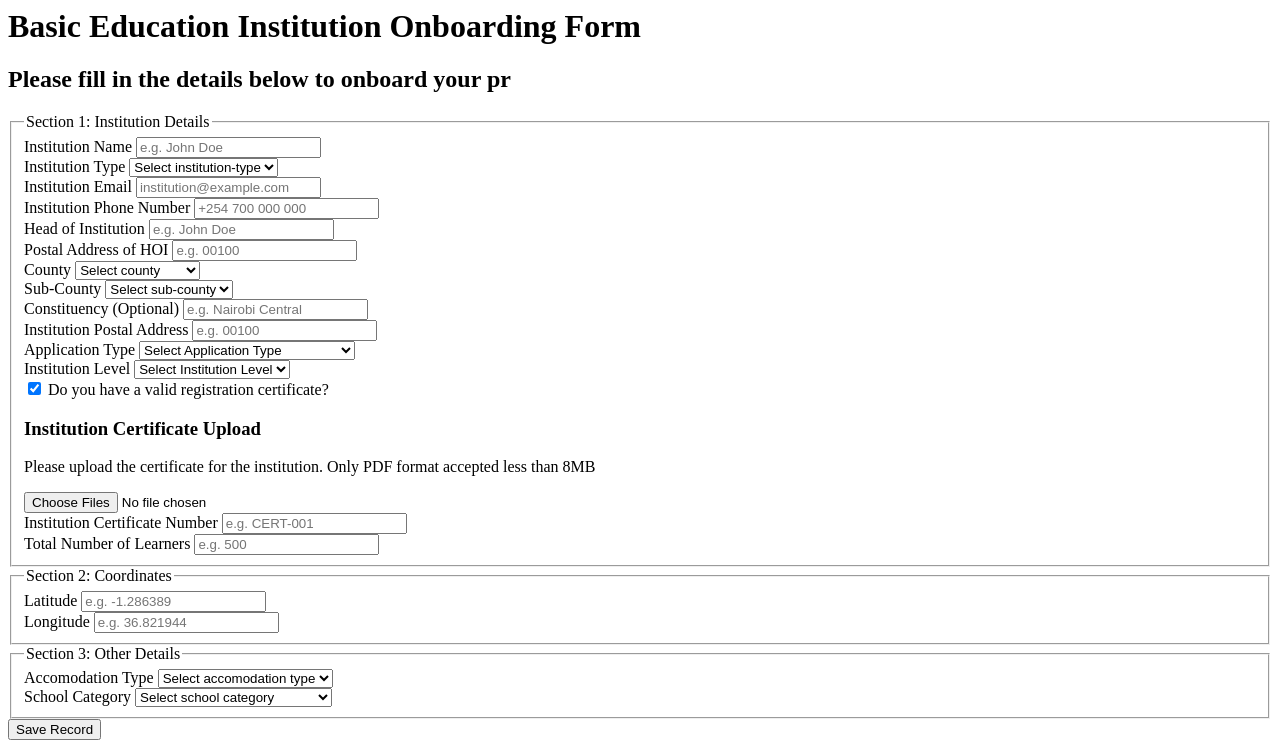
Repository: ndirituart/KEMIS
Page: angular-client/src/app/pages/basic-education/basic-education.html
An editor plug-in stored every save of this project. The page is shown before and after a run of saves, followed by the edit.
The browser window is 1280 px wide. The pictures show the whole page.

Above is the page before, as saved 2026-10-20 21:49:04.

### angular-client/src/app/pages/basic-education/basic-education.html
<div class="kemis-form-wrapper">
<form class="kemis-form" (ngSubmit)="onSubmit()" #myForm="ngForm">
<h1 class="text-center mb-4">Basic Education Institution Onboarding Form</h1>
<h2 class="text-center mb-4">Please fill in the details below to onboard your pr</h2>
  <!-- ========================================== -->
  <!-- Section 1: Institution Details                -->
  <!-- ========================================== -->
  <fieldset class="mb-4 p-3 border rounded">
    <legend class="float-none w-auto px-2 fs-5 fw-bold text-primary">Section 1: Institution Details</legend>

    <div class="row g-3">
      <!-- Institution Name -->
      <div class="col-md-6">
        <label for="fullName" class="form-label fw-semibold">Institution Name</label>
        <input type="text" class="form-control" id="fullName" name="fullName" placeholder="e.g. John Doe" required>
      </div>

      <!-- Type of School based on Gender -->
      <div class="col-md-6">
        <label for="institution-type" class="form-label fw-semibold">Institution Type</label>
        <select class="form-select" id="institution-type" name="institution-type" required>
          <option value="" disabled selected>Select institution-type</option>
          <option value="Boy's School">Boy's School</option>
          <option value="Girl's School">Girl's School</option>
          <option value="Mixed School">Mixed School</option>
        </select>
      </div>

      <!-- Institution Email -->
      <div class="col-md-6">
        <label for="emailId" class="form-label fw-semibold">Institution Email</label>
        <input type="email" class="form-control" id="emailId" name="emailId" placeholder="institution@example.com" required>
      </div>

      <!-- Institution Phone Number -->
      <div class="col-md-6">
        <label for="phoneNumber" class="form-label fw-semibold">Institution Phone Number</label>
        <input type="tel" class="form-control" id="phoneNumber" name="phoneNumber" placeholder="+254 700 000 000" required>
      </div>

      <!-- Head of Institution -->
      <div class="col-md-6">
        <label for="headOfInstitution" class="form-label fw-semibold">Head of Institution</label>
        <input type="text" class="form-control" id="headOfInstitution" name="headOfInstitution" placeholder="e.g. John Doe" required>
      </div>

      <!-- Postal Address of HOI -->
      <div class="col-md-6">
        <label for="postalAddressHoi" class="form-label fw-semibold">Postal Address of HOI</label>
        <input type="text" class="form-control" id="postalAddressHoi" name="postalAddressHoi" placeholder="e.g. 00100" required>
      </div>

      <!--County List-->
      <div class="col-md-6">
        <label for="county" class="form-label fw-semibold">County</label>
        <select class="form-select" id="county" name="county" required>
          <option value="" disabled selected>Select county</option>
      <option value="baringo">Baringo</option>
      <option value="bomet">Bomet</option>
      <option value="bungoma">Bungoma</option>
      <option value="busia">Busia</option>
      <option value="elgeyo marakwet">Elgeyo Marakwet</option>
      <option value="embu">Embu</option>
      <option value="garissa">Garissa</option>
      <option value="homa bay">Homa Bay</option>
      <option value="isiolo">Isiolo</option>
      <option value="kajiado">Kajiado</option>
      <option value="kakamega">Kakamega</option>
      <option value="kericho">Kericho</option>
      <option value="kiambu">Kiambu</option>
      <option value="kilifi">Kilifi</option>
      <option value="kirinyaga">Kirinyaga</option>
      <option value="kisii">Kisii</option>
      <option value="kisumu">Kisumu</option>
      <option value="kitui">Kitui</option>
      <option value="kwale">Kwale</option>
      <option value="laikipia">Laikipia</option>
      <option value="lamu">Lamu</option>
      <option value="machakos">Machakos</option>
      <option value="makueni">Makueni</option>
      <option value="mandera">Mandera</option>
      <option value="meru">Meru</option>
      <option value="migori">Migori</option>
      <option value="marsabit">Marsabit</option>
      <option value="mombasa">Mombasa</option>
      <option value="muranga">Muranga</option>
      <option value="nairobi">Nairobi</option>
      <option value="nakuru">Nakuru</option>
      <option value="nandi">Nandi</option>
      <option value="narok">Narok</option>
      <option value="nyamira">Nyamira</option>
      <option value="nyandarua">Nyandarua</option>
      <option value="nyeri">Nyeri</option>
      <option value="samburu">Samburu</option>
      <option value="siaya">Siaya</option>
      <option value="taita taveta">Taita Taveta</option>
      <option value="tana river">Tana River</option>
      <option value="tharaka nithi">Tharaka Nithi</option>
      <option value="trans nzoia">Trans Nzoia</option>
      <option value="turkana">Turkana</option>
      <option value="uasin gishu">Uasin Gishu</option>
      <option value="vihiga">Vihiga</option>
      <option value="wajir">Wajir</option>
      <option value="pokot">West Pokot</option>
  </select>
      </div>

      <!--TO-DO: Nestsed array for Sub-County List dependent on county chosen-->
      <div class="col-md-6">
        <label for="subCounty" class="form-label fw-semibold">Sub-County</label>
        <select class="form-select" id="subCounty" name="subCounty" required>
          <option value="" disabled selected>Select sub-county</option>
        </select>
      </div>

      <!--Constituency Name OPTIONAL-->
      <div class="col-md-6">
        <label for="constituency" class="form-label fw-semibold">Constituency (Optional)</label>
        <input type="text" class="form-control" id="constituency" name="constituency" placeholder="e.g. Nairobi Central">
      </div>

      <!--Institution Postal Address-->
      <div class="col-md-6">
        <label for="postalAddressInstitution" class="form-label fw-semibold">Institution Postal Address</label>
        <input type="text" class="form-control" id="postalAddressInstitution" name="postalAddressInstitution" placeholder="e.g. 00100" required>
      </div>

       <!-- Application Type -->
      <div class="col-md-6">
        <label for="application-type" class="form-label fw-semibold">Application Type</label>
        <select class="form-select" id="application-type" name="application-type" required>
          <option value="" disabled selected>Select Application Type</option>
          <option value="Regular School">Regular School</option>
          <option value="Regular School with Special Unit">Regular School with Special Unit</option>
          <option value="Special School">Special School</option>
        </select>
      </div>

       <!-- Institution Level -->
      <div class="col-md-6">
        <label for="institution-level" class="form-label fw-semibold">Institution Level</label>
        <select class="form-select" id="institution-level" name="institution-level" required>
          <option value="" disabled selected>Select Institution Level</option>
          <option value="Pre-Primary">Pre-Primary</option>
          <option value="Primary">Primary</option>
          <option value="Secondary">Secondary</option>
          <option value="High School">High School</option>
        </select>
      </div>

      <!-- Boolean Toggle (Switch) -->
      <div class="col-12 mt-3">
        <div class="form-check form-switch">
          <input class="form-check-input" type="checkbox" role="switch" id="isActive" name="isActive" checked>
          <label class="form-check-label fw-semibold" for="isActive">Do you have a valid registration certificate?</label>
        </div>
      </div>

      <!--Certificate Upload-->
      <div class="upload">
        <h3>Institution Certificate Upload</h3>
        <p class="upload__description">Please upload the certificate for the institution. Only PDF format accepted less than 8MB </p>
        <input class="upload__input" id="certificate_pdf" type="file" multiple />
        <div class="upload__files">
        </div>
      </div>

      <!--Institution Certificate Number-->
      <div class="col-md-6">
        <label for="certificateNumber" class="form-label fw-semibold">Institution Certificate Number</label>
        <input type="text" class="form-control" id="certificateNumber" name="certificateNumber" placeholder="e.g. CERT-001" required>
      </div>

      <!--Total Number of Learners-->
      <div class="col-md-6">
        <label for="totalLearners" class="form-label fw-semibold">Total Number of Learners</label>
        <input type="number" class="form-control" id="totalLearners" name="totalLearners" placeholder="e.g. 500" required>
      </div>

    </div>
  </fieldset>

  <!-- ========================================== -->
  <!-- SECTION 2: Coordinates            -->
  <!-- ========================================== -->
  <fieldset class="mb-4 p-3 border rounded">
    <legend class="float-none w-auto px-2 fs-5 fw-bold text-primary">Section 2: Coordinates</legend>

    <div class="row g-3">
      <!-- Latitude -->
      <div class="col-md-6">
        <label for="latitude" class="form-label fw-semibold">Latitude</label>
        <input type="number" class="form-control" id="latitude" name="latitude" placeholder="e.g. -1.286389" required>
      </div>

      <!-- Longitude -->
      <div class="col-md-6">
        <label for="longitude" class="form-label fw-semibold">Longitude</label>
        <input type="number" class="form-control" id="longitude" name="longitude" placeholder="e.g. 36.821944" required>
      </div>


    </div>
  </fieldset>

  <!-- ========================================== -->
  <!-- SECTION 3: Other Details                -->
  <!-- ========================================== -->
  <fieldset class="mb-4 p-3 border rounded">
    <legend class="float-none w-auto px-2 fs-5 fw-bold text-primary">Section 3: Other Details</legend>

    <div class="row g-3">

      <!-- Accomodation Type -->
      <div class="col-md-6">
        <label for="accomodation-type" class="form-label fw-semibold">Accomodation Type</label>
        <select class="form-select" id="accomodation-type" name="accomodation-type" required>
          <option value="" disabled selected>Select accomodation type</option>
          <option value="Day">Day</option>
          <option value="Boarding">Boarding</option>
          <option value="Hybrid">Hybrid</option>
        </select>
      </div>

      <!-- School Category -->
      <div class="col-md-6">
        <label for="school-category" class="form-label fw-semibold">School Category</label>
        <select class="form-select" id="school-category" name="school-category" required>
          <option value="" disabled selected>Select school category</option>
          <option value="Private">Private</option>
          <option value="Public">Public</option>
          <option value="Refugee Camp-based School">Refugee Camp-based School</option>
        </select>
      </div>
    </div>
  </fieldset>

  <!-- Submit Button -->
  <div class="d-grid gap-2 mt-4">
    <button type="submit" class="btn btn-primary btn-lg">Save Record</button>
  </div>

</form>
</div>

After the next 2 saves:
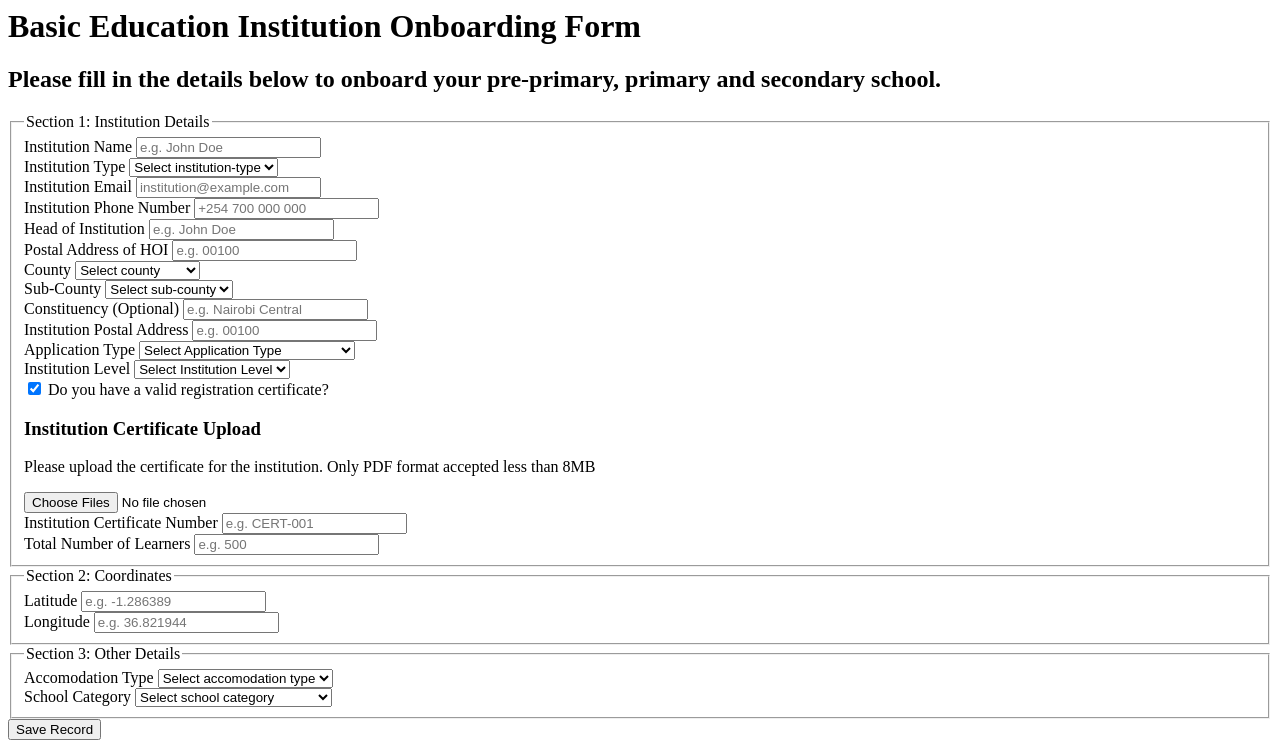
The 2 saves are shown as one change because they came seconds apart.
The last was saved 15 s later.
--- a/angular-client/src/app/pages/basic-education/basic-education.html
+++ b/angular-client/src/app/pages/basic-education/basic-education.html
@@ -1,7 +1,7 @@
 <div class="kemis-form-wrapper">
 <form class="kemis-form" (ngSubmit)="onSubmit()" #myForm="ngForm">
 <h1 class="text-center mb-4">Basic Education Institution Onboarding Form</h1>
-<h2 class="text-center mb-4">Please fill in the details below to onboard your pr</h2>
+<h2 class="text-center mb-4">Please fill in the details below to onboard your pre-primary, primary and secondary school.</h2>
   <!-- ========================================== -->
   <!-- Section 1: Institution Details                -->
   <!-- ========================================== -->
